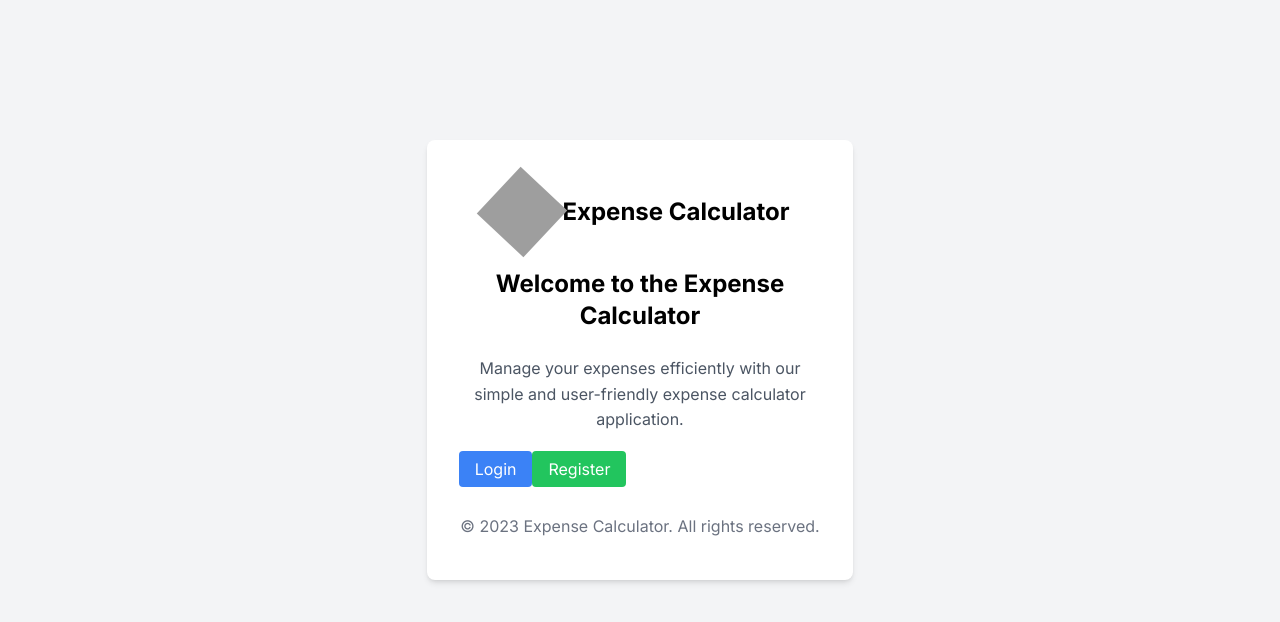
Repository: musabismael/expense-calculator-web
Page: /
The author's editor kept a copy of each file at every save. The page is drawn from the files as they stood at one save, then again after the next save.
The browser window is 1280 px wide. The pictures show the whole page.
Pictures or frames that could not be fetched are drawn as grey boxes. The project was rebuilt for these pictures with package versions that can differ from the ones it lists, and the page was loaded fresh each time. The framework's server and built-in components were replaced by stand-ins that run in the browser. Also part of the build but not shown: next.config.js, src/components/Auth/LoginForm.jsx.

Above is the page before, as saved 2023-08-22 19:41:04.

After the next save:
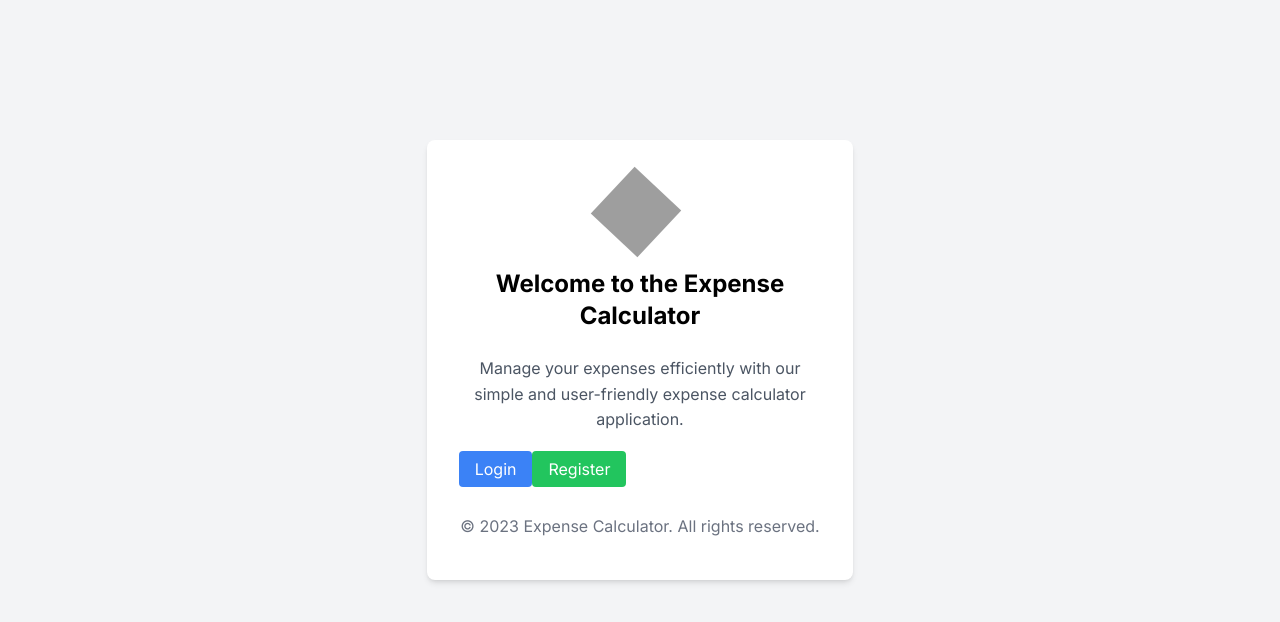
Saved 5 s later.
--- a/src/pages/page.jsx
+++ b/src/pages/page.jsx
@@ -7,7 +7,6 @@ function IndexPage() {
       <div className="bg-white shadow-md rounded-lg px-8 py-10 w-1/3">
         <div className="flex justify-center items-center mb-6">
           <img src="/images/logo.png" alt="Logo" className="logo-animation h-16 w-16 mr-2" />
-          <h1 className="text-2xl font-bold">Expense Calculator</h1>
         </div>
         <h2 className="text-2xl font-bold mb-6 text-center">Welcome to the Expense Calculator</h2>
         <p className="text-gray-600 mb-6 text-center">
